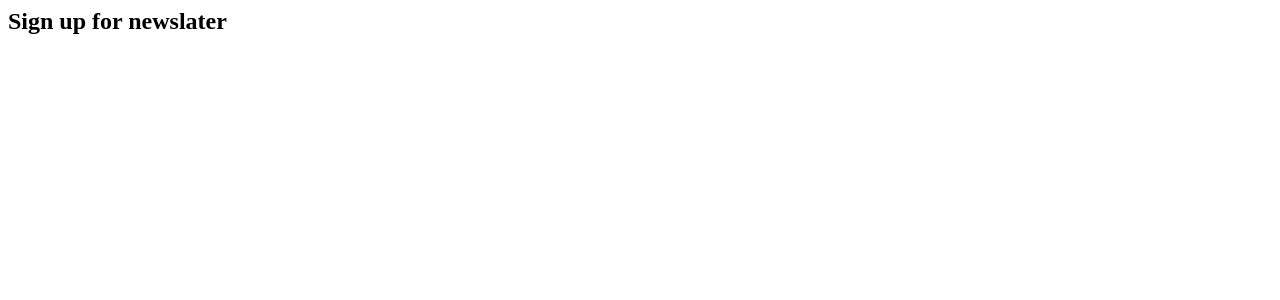
Repository: haifabilel/shop
Page: http://localhost/templates/footer.php
The author's editor kept a copy of each file at every save. The page is drawn from the files as they stood at one save, then again after a run of saves.
The browser window is 1280 px wide. The pictures show the whole page.
The page is run by PHP 8.4 with error messages shown; the project is at /var/www/html/.

Above is the page before, as saved 2023-12-07 16:00:33.

### templates/footer.php
<div class="top-footer">
    <h2><i class="bx bx-envelope"></i>Sign up for newslater</h2>

</div>

After the next 4 saves:
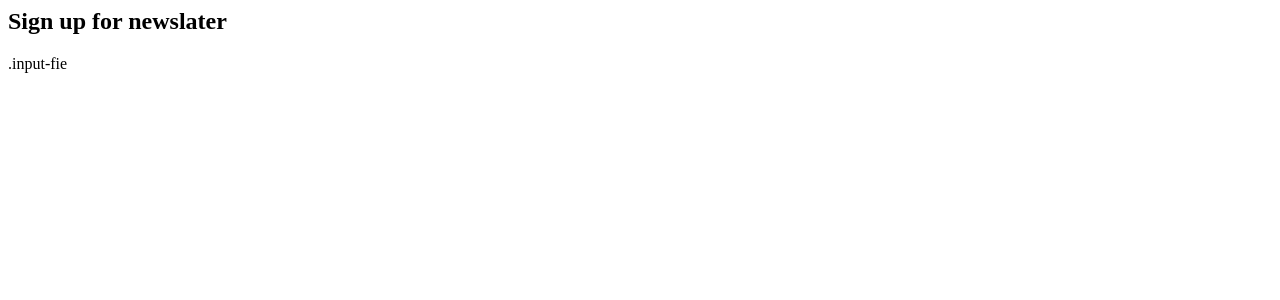
The 4 saves are shown as one change because they came seconds apart.
The last was saved 12 s later.
--- a/templates/footer.php
+++ b/templates/footer.php
@@ -1,4 +1,4 @@
 <div class="top-footer">
     <h2><i class="bx bx-envelope"></i>Sign up for newslater</h2>
-
+    .input-fie
 </div>

After the 2 saves that followed:
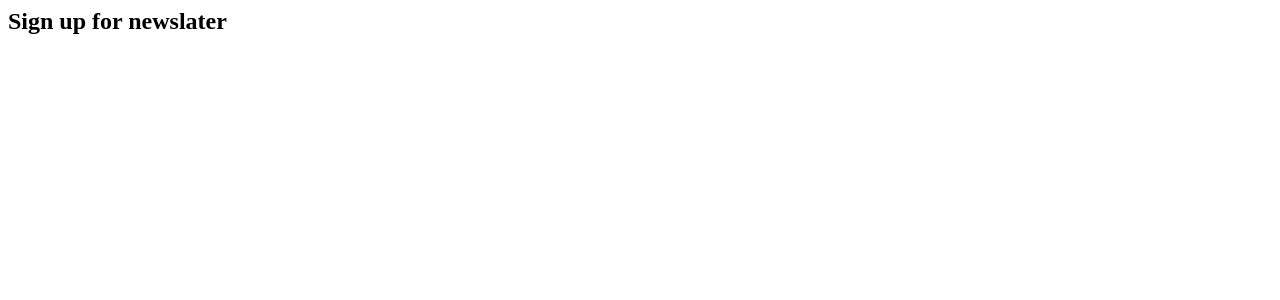
The 2 saves are shown as one change because they came seconds apart.
The last was saved 6 s later.
--- a/templates/footer.php
+++ b/templates/footer.php
@@ -1,4 +1,6 @@
 <div class="top-footer">
     <h2><i class="bx bx-envelope"></i>Sign up for newslater</h2>
-    .input-fie
+    <div class="input-field">
+
+    </div>
 </div>
